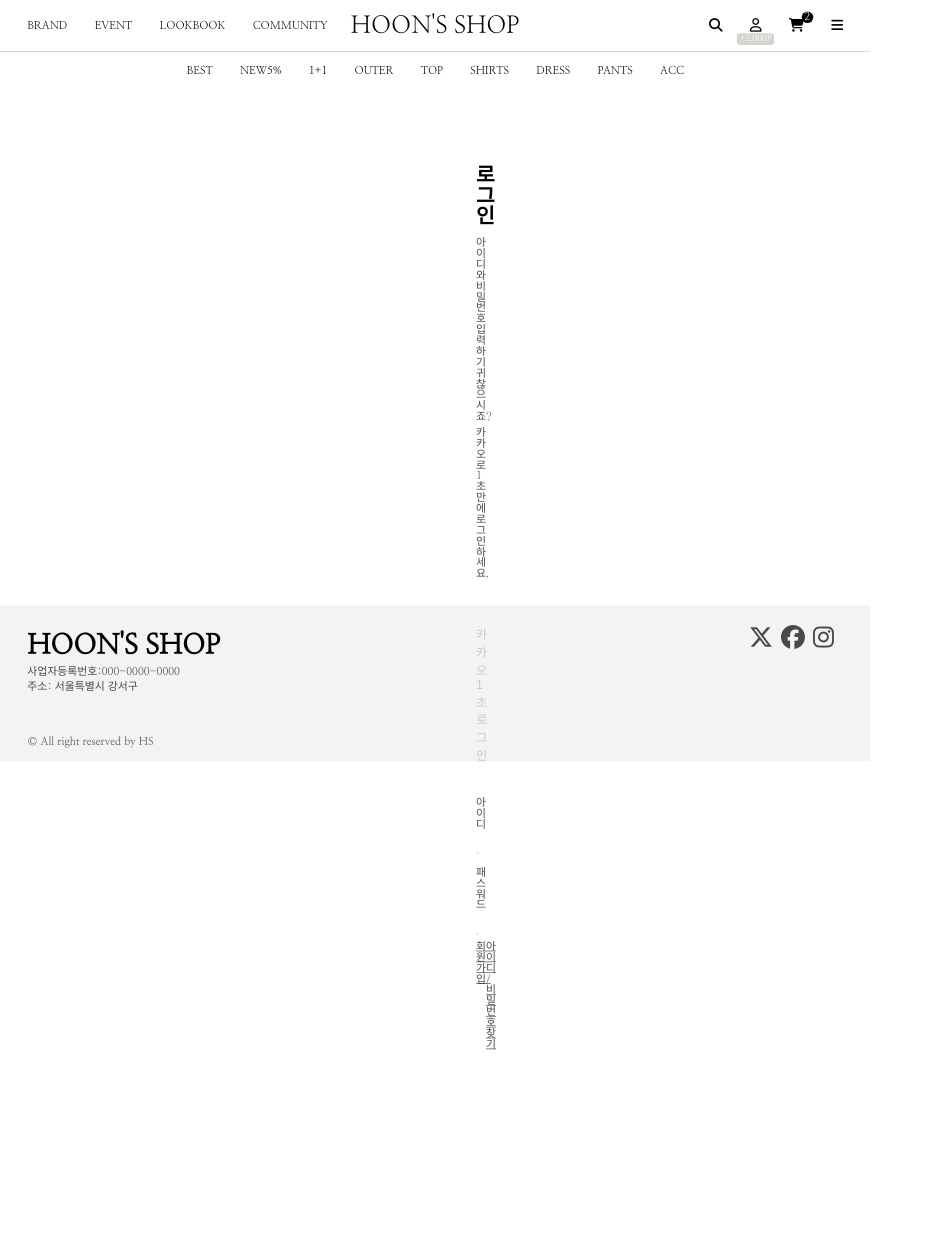
Repository: Iimchaehoon/cafeProject
Page: login.html
The author's editor kept a copy of each file at every save. The page is drawn from the files as they stood at one save, then again after the next save.
The browser window is 1280 px wide. The page is 1400 px wide, so the pictures cover 1400 px, including what lies to the right of the window. The pictures show the whole page, at 68% of full size.
Some web libraries are served in a nearby version.

Above is the page before, as saved 2024-07-29 20:40:04.

After the next save:
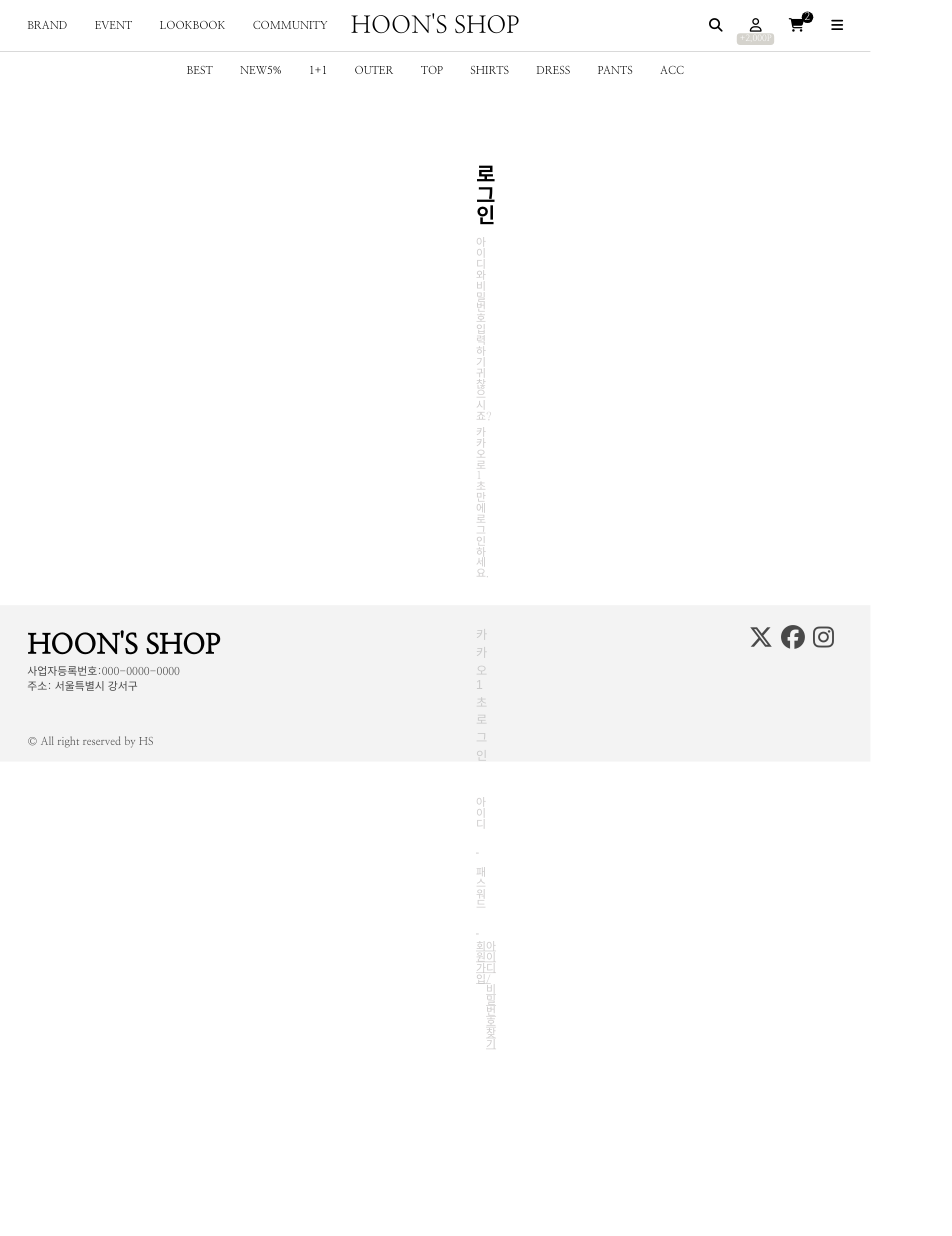
Saved 62 s later.
--- a/src/css/pages/login.css
+++ b/src/css/pages/login.css
@@ -15,7 +15,7 @@
   margin-bottom: 15px;
 }
 .login__text {
-  color: rgba(0, 0, 0, 0.7);
+  color: rgba(184, 181, 181, 0.7);
   margin-bottom: 7px;
 }
 .login__form {

After the save that followed:
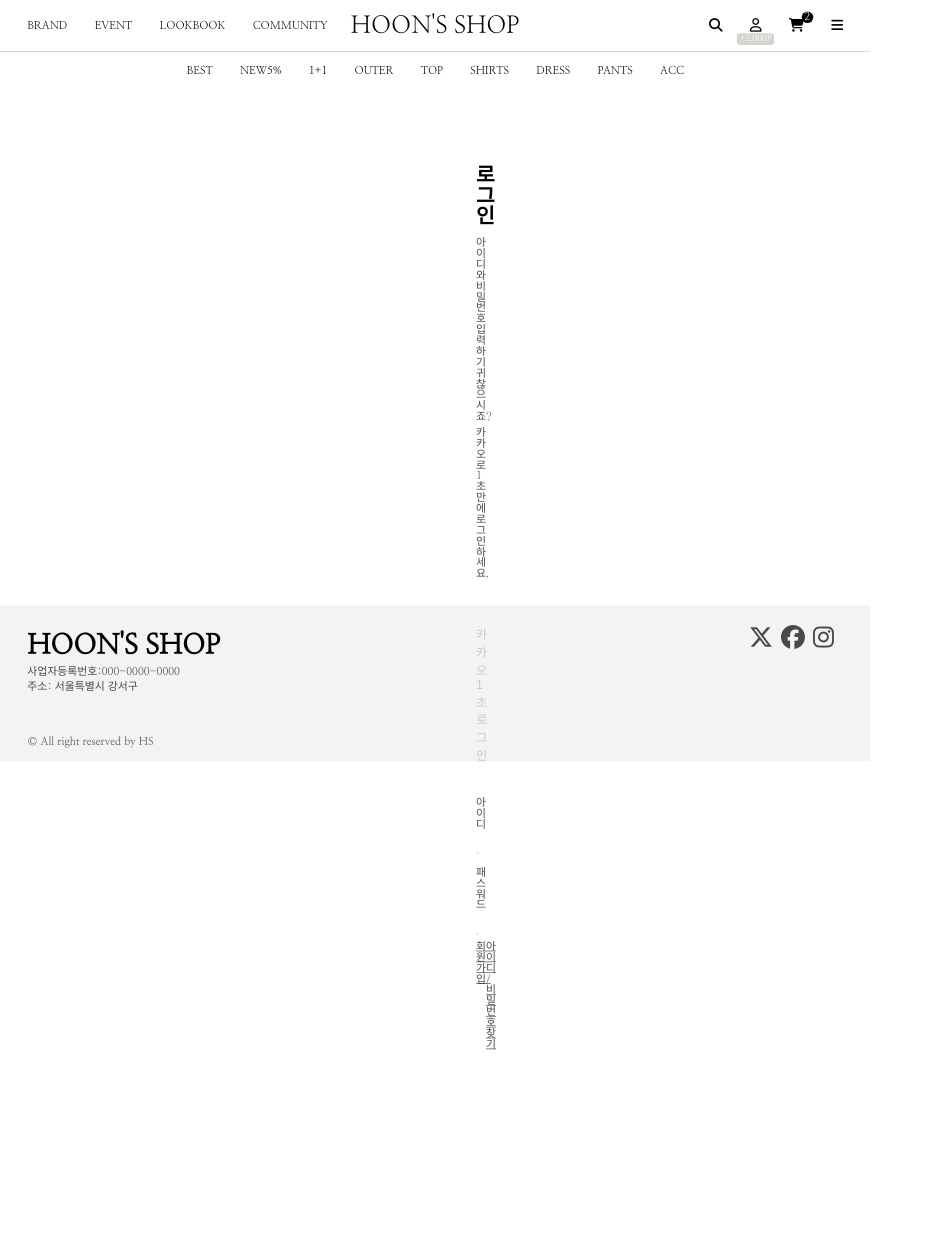
Saved 5 s later.
--- a/src/css/pages/login.css
+++ b/src/css/pages/login.css
@@ -15,7 +15,7 @@
   margin-bottom: 15px;
 }
 .login__text {
-  color: rgba(184, 181, 181, 0.7);
+  color: rgba(0, 0, 0, 0.7);
   margin-bottom: 7px;
 }
 .login__form {
